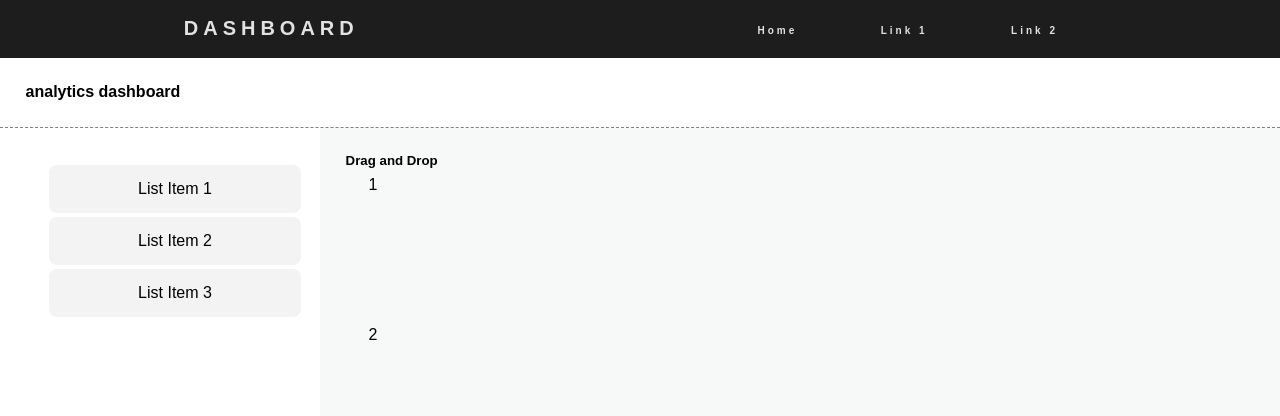
Repository: nourabdelhakam/drag-drop
Page: index.html
The author's editor kept a copy of each file at every save. The page is drawn from the files as they stood at one save, then again after the next save.
The browser window is 1280 px wide. The pictures show the whole page.

Above is the page before, as saved 2020-07-03 09:28:10.

After the next save:
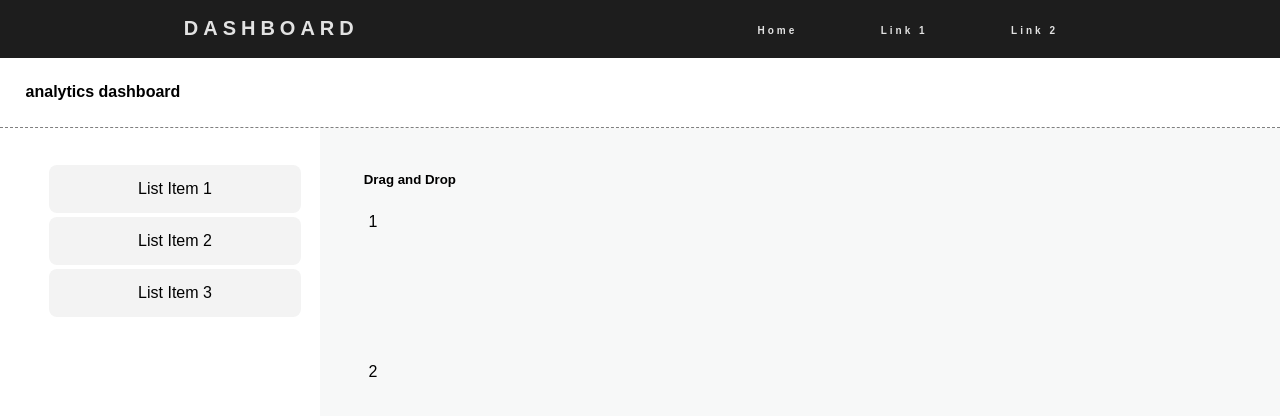
Saved 5 min 54 s later.
--- a/css/main.css
+++ b/css/main.css
@@ -6,7 +6,7 @@
 body {
     font-family: Arial, Helvetica, sans-serif;
 }
-h4 {
+h4, h5 {
     padding: 2%;
 }
 .container {

After the save that followed:
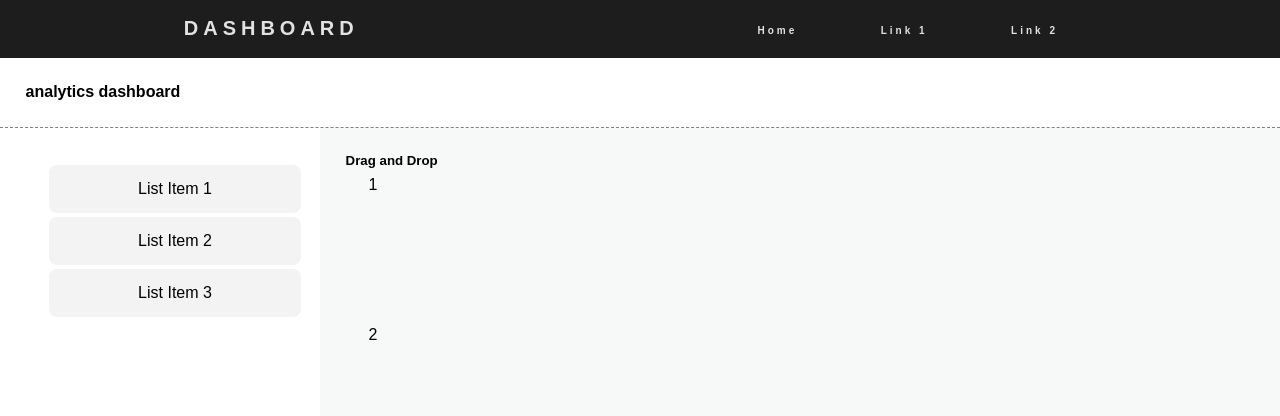
Saved 10 s later.
--- a/css/main.css
+++ b/css/main.css
@@ -6,7 +6,7 @@
 body {
     font-family: Arial, Helvetica, sans-serif;
 }
-h4, h5 {
+h4 {
     padding: 2%;
 }
 .container {
